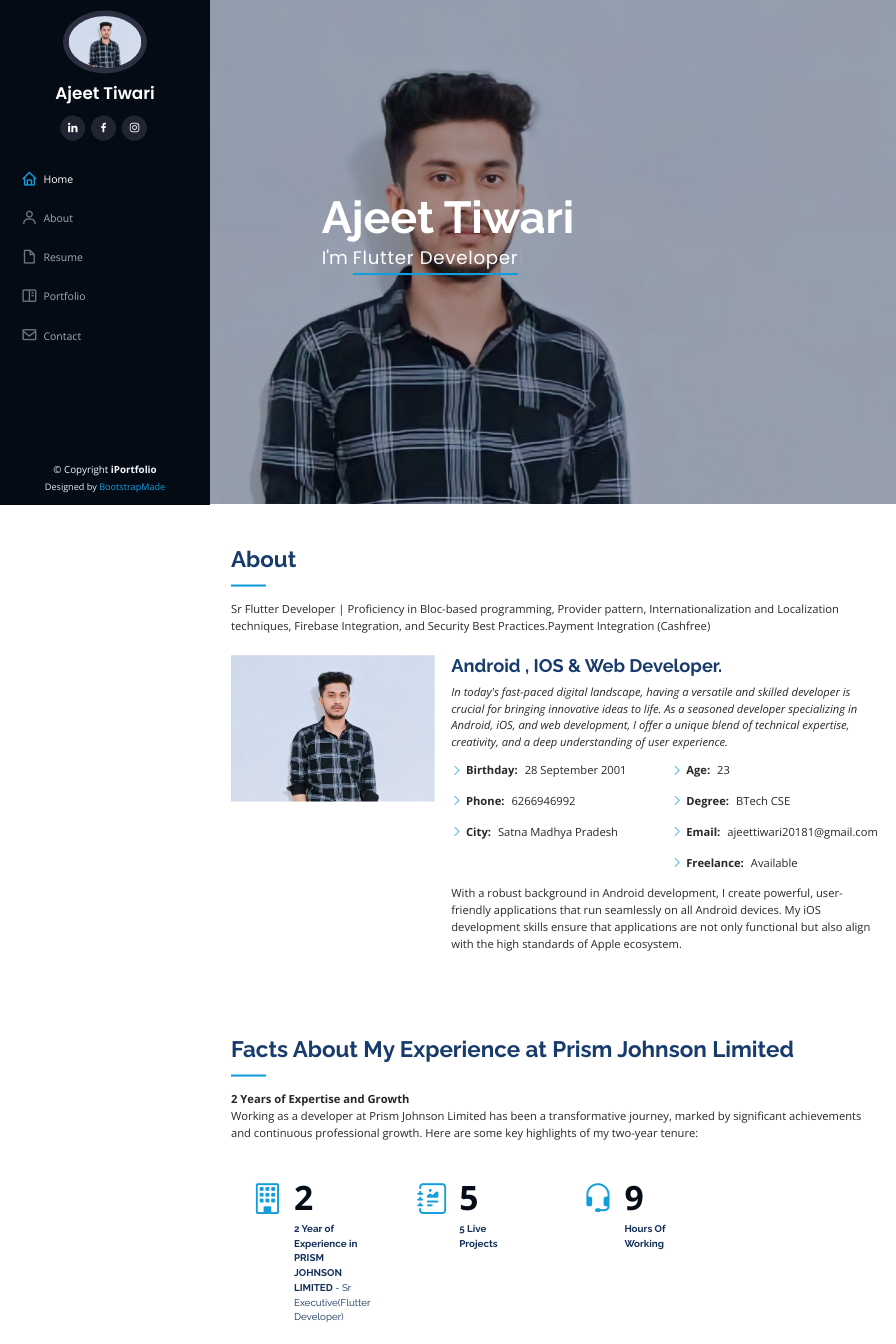
Repository: ajeettiwari-2809/iPortfolio
Page: index.html
These files come from the project's save history. The page is drawn as it stood at one moment and after the next save; the edit follows.
The browser window is 1280 px wide. The pictures show the part of the page from y = 0 to 1920 px (the page is 6496 px tall), at 70% of full size.
Backgrounds fixed to the window are drawn as part of the page.

Above is the page before, as saved 2024-06-05 11:49:35.

After the next save:
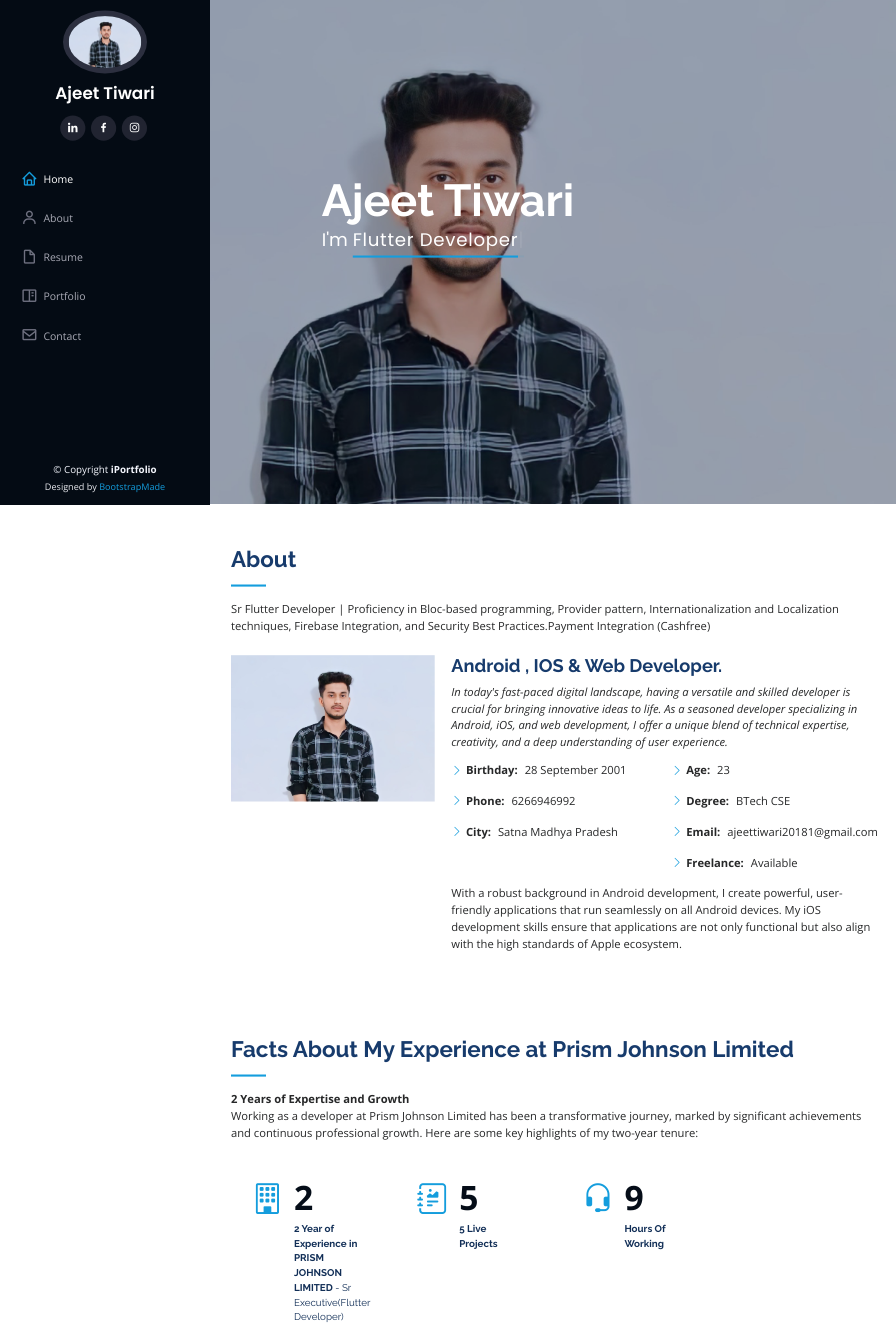
Saved 90 s later.
--- a/index.html
+++ b/index.html
@@ -73,11 +73,12 @@
   </header><!-- End Header -->
 
   <!-- ======= Hero Section ======= -->
-  <section id="hero" class="d-flex flex-column justify-content-center align-items-center">
+  <section id="hero" class="d-flex flex-column justify-content-center align-items-center" style="background-image: url(assets/img/ajeetimage.png);">
     <div class="hero-container" data-aos="fade-in">
       <h1>Ajeet Tiwari</h1>
       <p>I'm <span class="typed" data-typed-items="Sr. Executive, Flutter Developer, Freelancer, Web Developer"></span></p>
     </div>
+    <p></p>
   </section><!-- End Hero -->
 
   <main id="main">
